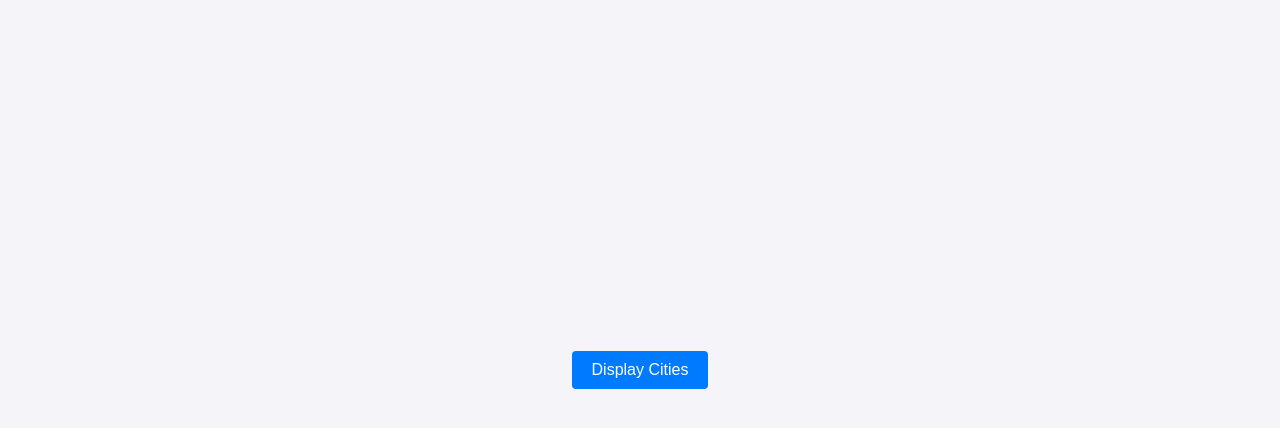
Repository: masonma21/city-list-app
Page: /
The author's editor kept a copy of each file at every save. The page is drawn from the files as they stood at one save, then again after the next save.
The browser window is 1280 px wide. The pictures show the whole page.
The project was rebuilt for these pictures with package versions that can differ from the ones it lists, and the page was loaded fresh each time.

Above is the page before, as saved 2024-11-05 14:51:08.

### src/App.js
import React, { useState, useEffect } from 'react';
import './App.css';

function App() {
  const [cities, setCities] = useState([]);
  const [loading, setLoading] = useState(false);
  const [showCities, setShowCities] = useState(false);
  const [query, setQuery] = useState('');
  const [sortKey, setSortKey] = useState('name');
  const [sortDirection, setSortDirection] = useState('ascending');

  const handleDisplayCities = () => {
    setLoading(true);
    setShowCities(false);
    fetch('https://roots.thecompernolles.com/cities.json')
      .then((response) => response.json())
      .then((data) => {
        setCities(data);
        setTimeout(() => {
          setLoading(false);
          setShowCities(true);
        }, 500);
      })
      .catch((error) => {
        console.error('Error fetching cities:', error);
        setLoading(false);
      });
  };

  const filteredCities = React.useMemo(() => {
    return cities.filter((city) => {
      return (
        city.name.toLowerCase().includes(query.toLowerCase()) ||
        city.state.toLowerCase().includes(query.toLowerCase())
      );
    });
  }, [cities, query]);

  const sortedCities = React.useMemo(() => {
    let sortableCities = [...filteredCities];
    sortableCities.sort((a, b) => {
      const aKey = a[sortKey].toLowerCase();
      const bKey = b[sortKey].toLowerCase();
      if (aKey < bKey) {
        return sortDirection === 'ascending' ? -1 : 1;
      }
      if (aKey > bKey) {
        return sortDirection === 'ascending' ? 1 : -1;
      }
      return 0;
    });
    return sortableCities;
  }, [filteredCities, sortKey, sortDirection]);

  if (loading) {
    return (
      <div className="loading-screen">
        <div className="spinner"></div>
        <h2>Loading cities...</h2>
      </div>
    );
  }

  return (
    <div className="app-container">
      {!showCities && (
        <button className="display-button" onClick={handleDisplayCities}>
          Display Cities
        </button>
      )}

      {showCities && (
        <div className="content-container">
          <div className="controls">
            <h1>List of Cities</h1>
            <input
              type="text"
              placeholder="Filter cities"
              value={query}
              onChange={(e) => setQuery(e.target.value)}
            />

            <div className="sort-key">
              <label>
                <input
                  type="radio"
                  value="name"
                  checked={sortKey === 'name'}
                  onChange={(e) => setSortKey(e.target.value)}
                />
                Name
              </label>
              <label>
                <input
                  type="radio"
                  value="state"
                  checked={sortKey === 'state'}
                  onChange={(e) => setSortKey(e.target.value)}
                />
                State
              </label>
            </div>

            <button onClick={() => setSortDirection(sortDirection === 'ascending' ? 'descending' : 'ascending')}>
              Sort {sortDirection === 'ascending' ? 'Descending' : 'Ascending'}
            </button>
          </div>

          <ul className="city-list">
            {sortedCities.map((city) => (
              <li key={city.id}>
                {city.name}, {city.state}
              </li>
            ))}
          </ul>
        </div>
      )}
    </div>
  );
}

export default App;

### src/App.css
/* App.css */

body {
  font-family: Arial, sans-serif;
  background-color: #f4f4f9;
  margin: 0;
  display: flex;
  align-items: center;
  justify-content: center;
  height: 100vh;
}

.app-container {
  text-align: center;
}

.loading-screen {
  display: flex;
  justify-content: center;
  align-items: center;
  height: 100vh;
  font-size: 24px;
  color: #007bff;
  background-color: #f4f4f9;
}

.spinner {
  width: 50px;
  height: 50px;
  border: 6px solid #f3f3f3;
  border-top: 6px solid #007bff;
  border-radius: 50%;
  animation: spin 1s linear infinite;
  margin-bottom: 20px;
}

@keyframes spin {
  0% {
    transform: rotate(0deg);
  }
  100% {
    transform: rotate(360deg);
  }
}

.content-container {
  display: flex;
  gap: 30px;
  max-width: 800px;
  background-color: #ffffff;
  padding: 30px;
  border-radius: 12px;
  box-shadow: 0 4px 8px rgba(0, 0, 0, 0.15);
}

.controls {
  flex: 1;
  display: flex;
  flex-direction: column;
  justify-content: center;
  gap: 15px;
}

.controls h1 {
  font-size: 24px;
  color: #333;
  margin-bottom: 10px;
  text-align: left;
}

input[type="text"] {
  width: 100%;
  padding: 10px 12px;
  font-size: 16px;
  border: 1px solid #ccc;
  border-radius: 4px;
  margin-bottom: 10px;
}

.sort-key {
  display: flex;
  gap: 10px;
  font-size: 16px;
}

.sort-key label {
  color: #555;
}

button {
  padding: 10px;
  font-size: 16px;
  color: #ffffff;
  background-color: #007bff;
  border: none;
  border-radius: 4px;
  cursor: pointer;
  transition: background-color 0.3s ease;
  width: 100%;
}

button:hover {
  background-color: #0056b3;
}

.city-list {
  flex: 1;
  display: flex;
  flex-direction: column;
  justify-content: center;
  padding-left: 20px;
}

.city-list li {
  font-size: 18px;
  color: #333333;
  padding: 8px 0;
  border-bottom: 1px solid #eee;
  text-align: left;
}

.city-list li:last-child {
  border-bottom: none;
}

.display-button {
  padding: 10px 20px;
  font-size: 16px;
  color: #ffffff;
  background-color: #007bff;
  border: none;
  border-radius: 4px;
  cursor: pointer;
  transition: background-color 0.3s ease;
  margin-top: 20px;
}

.display-button:hover {
  background-color: #0056b3;
}

Loaded but not shown: public/index.html (common file); src/index.js (common file); src/index.css (common file); src/reportWebVitals.js (common file)

After the next save:
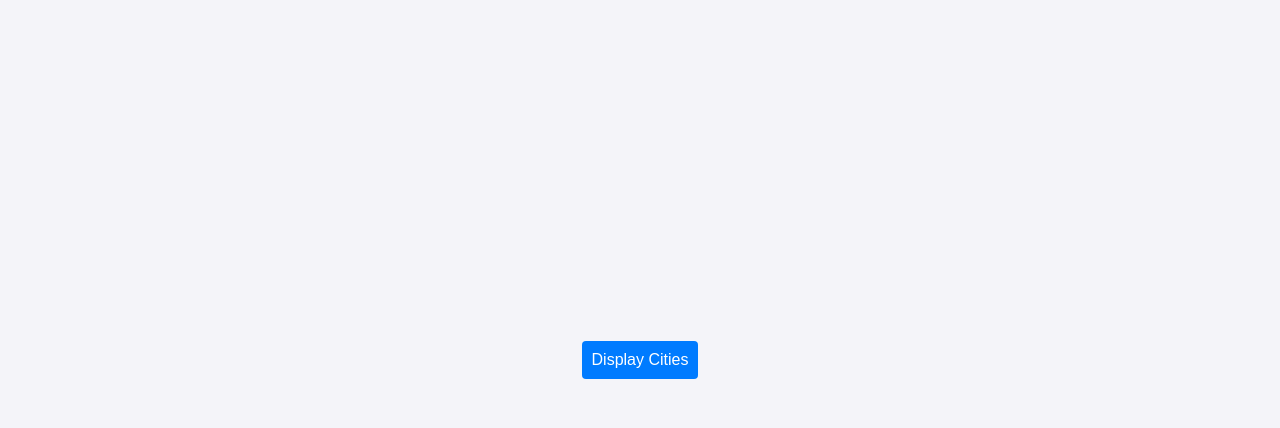
Saved 59 s later.
--- a/src/App.css
+++ b/src/App.css
@@ -109,6 +109,7 @@ button:hover {
   flex-direction: column;
   justify-content: center;
   padding-left: 20px;
+  list-style-type: none; /* Removes bullet points */
 }
 
 .city-list li {
@@ -124,17 +125,4 @@ button:hover {
 }
 
 .display-button {
-  padding: 10px 20px;
-  font-size: 16px;
-  color: #ffffff;
-  background-color: #007bff;
-  border: none;
-  border-radius: 4px;
-  cursor: pointer;
-  transition: background-color 0.3s ease;
-  margin-top: 20px;
-}
-
-.display-button:hover {
-  background-color: #0056b3;
-}
+  padding: 10p
